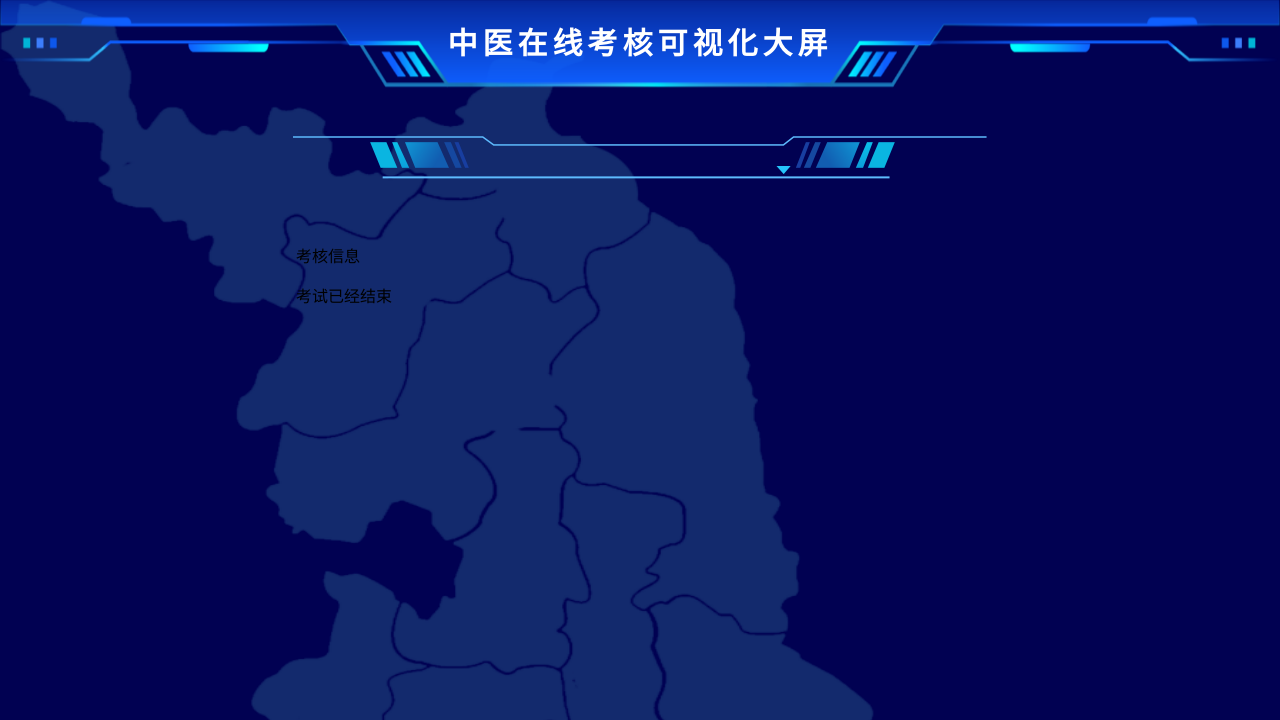
Repository: krislorem/medicine-online-datascreen-vue
Page: /
These files come from the project's save history. The page is drawn as it stood at one moment and after the next save; the edit follows.
The browser window is 1280 px wide. The pictures show the whole page.
The project was rebuilt for these pictures with package versions that can differ from the ones it lists, and the page was loaded fresh each time. Also part of the build but not shown: vite.config.ts.

Above is the page before, as saved 2024-12-04 11:47:24.
Console error (its wording comes from the project's code and is left out).

### src/main.ts
import './assets/main.css'

import { createApp } from 'vue'
import { createPinia } from 'pinia'
import ElementPlus from 'element-plus'
import 'element-plus/dist/index.css'
import App from './App.vue'
import router from './router'

const app = createApp(App)

app.use(createPinia())
app.use(router)
app.use(ElementPlus)
app.mount('#app')

### src/assets/main.css
body, html {
  width: 100%;
  height: 100%;
  overflow: hidden;
  margin: 0;
  padding: 0;
  width: 100vw;
  height: 100vh
}

#app {
  width: 100%;
  height: 100%
}

### src/App.vue
<template>
  <div>
    <RouterView></RouterView>
  </div>
</template>

<script setup lang="ts">

</script>

<style scoped>
</style>

### src/views/HomeView.vue
<template>
  <div class="home">
    <nav>
      <h1>中医在线考核可视化大屏</h1>
    </nav>
    <div id="mid-bar">
      <select id="info"></select>
    </div>
    <div id="all-info">
      <div id="left">
        <div class="item item-1">
          <p class="top-name"><span>考核信息</span></p>
          <p class="time-title"><span>考试已经结束</span></p>
          <div class="time-container">
            <div class="time-box" style="display: none;"><span class="time-num">561</span></div>
            <div class="time-box" style="display: none;"><span class="time-num">天</span></div>
            <div class="time-box" style="display: none;"><span class="time-num">11</span></div>
            <div class="time-box" style="display: none;"><span class="time-num">小时</span></div>
            <div class="time-box" style="display: none;"><span class="time-num">12</span></div>
            <div class="time-box" style="display: none;"><span class="time-num">分钟</span></div>
            <div class="time-box" style="display: none;"><span class="time-num">08</span></div>
            <div class="time-box" style="display: none;"><span class="time-num">秒</span></div>
          </div>
        </div>
      </div>
      <div id="right"></div>
    </div>
  </div>
</template>

<style scoped>
body {
  font-family: Helvetica Neue, Helvetica, PingFang SC, Hiragino Sans GB, Microsoft YaHei, "\5FAE\8F6F\96C5\9ED1", Arial, sans-serif;
  font-size: 12px;
  line-height: 1.5;
  color: #515a6e;
  background-color: #fff;
  -webkit-font-smoothing: antialiased;
  -moz-osx-font-smoothing: grayscale;
}

.home {
  background: #010152 url(/ditu.png) 50% no-repeat;
  background-size: 100% 100%;
}

.home nav {
  background-image: url(/dingbu.png);
  background-size: 100% 100%;
  background-repeat: no-repeat;
  overflow: hidden;
  display: -webkit-box;
  display: -ms-flexbox;
  display: flex;
  -webkit-box-align: center;
  -ms-flex-align: center;
  align-items: center;
}

.home nav h1 {
  font-size: 30px;
  font-family: PingFangSC-Semibold, PingFang SC;
  font-weight: 600;
  color: #fff;
  line-height: 58px;
  letter-spacing: 5px;
  margin: 15px auto;
}

.home #mid-bar {
  width: 694px;
  height: 43px;
  background: url(/nav.png) no-repeat;
  margin: 48px auto 36px;
  padding-top: 12px;
  display: -webkit-box;
  display: -ms-flexbox;
  display: flex;
  -webkit-box-pack: center;
  -ms-flex-pack: center;
  justify-content: center;
  -webkit-box-align: center;
  -ms-flex-align: center;
  align-items: center;
}

.home #mid-bar #info {
  appearance: none;
  -moz-appearance: none;
  -webkit-appearance: none;
  background: transparent url('/jiantou.png') no-repeat scroll 100%;
  width: 302px;
  height: 22px;
  font-size: 16px;
  text-align: center;
  font-family: PingFangSC-Semibold, PingFang SC;
  font-weight: 600;
  color: #26c5fb;
  line-height: 22px;
  letter-spacing: 2px;
  border: none;
}

#all-info {
  width: 100%;
  height: 796px;
  margin: 20px auto;
  display: -webkit-box;
  display: -ms-flexbox;
  display: flex;
  -ms-flex-pack: distribute;
  justify-content: space-around;
}
</style>
<script setup lang="ts">
import * as echarts from 'echarts';
import { onMounted } from 'vue'
const labelOption = {
  show: true,
  position: 'insideBottom',
  distance: 15,
  align: 'left',
  verticalAlign: 'middle',
  rotate: 90,
  formatter: '{c}  {name|{a}}',
  fontSize: 16,
  rich: {
    name: {}
  }
};
const option = {
  tooltip: {
    trigger: 'axis',
    axisPointer: {
      type: 'shadow'
    }
  },
  legend: {
    data: ['Forest', 'Steppe', 'Desert', 'Wetland']
  },
  xAxis: [
    {
      type: 'category',
      axisTick: { show: false },
      data: ['2012', '2013', '2014', '2015', '2016']
    }
  ],
  yAxis: [
    {
      type: 'value'
    }
  ],
  series: [
    {
      name: 'Forest',
      type: 'bar',
      barGap: 0,
      label: labelOption,
      emphasis: {
        focus: 'series'
      },
      data: [320, 332, 301, 334, 390]
    },
    {
      name: 'Steppe',
      type: 'bar',
      label: labelOption,
      emphasis: {
        focus: 'series'
      },
      data: [220, 182, 191, 234, 290]
    },
    {
      name: 'Desert',
      type: 'bar',
      label: labelOption,
      emphasis: {
        focus: 'series'
      },
      data: [150, 232, 201, 154, 190]
    },
    {
      name: 'Wetland',
      type: 'bar',
      label: labelOption,
      emphasis: {
        focus: 'series'
      },
      data: [98, 77, 101, 99, 40]
    }
  ]
};
onMounted(() => {
  let chartDom = document.getElementById('m');
  let myChart = echarts.init(chartDom);
  option && myChart.setOption(option);
})


</script>

Loaded but not shown: index.html (common file); src/router/index.ts (common file)

After the next save:
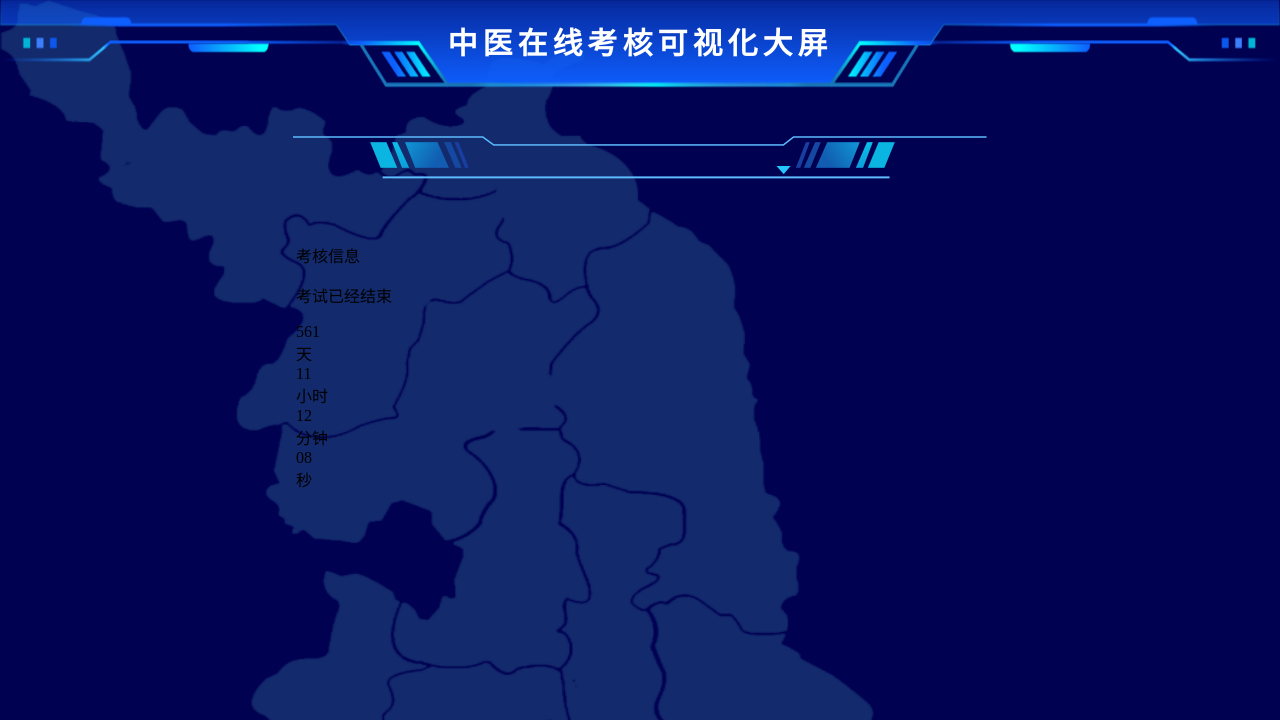
Saved 79 s later.
--- a/src/views/HomeView.vue
+++ b/src/views/HomeView.vue
@@ -12,14 +12,14 @@
           <p class="top-name"><span>考核信息</span></p>
           <p class="time-title"><span>考试已经结束</span></p>
           <div class="time-container">
-            <div class="time-box" style="display: none;"><span class="time-num">561</span></div>
-            <div class="time-box" style="display: none;"><span class="time-num">天</span></div>
-            <div class="time-box" style="display: none;"><span class="time-num">11</span></div>
-            <div class="time-box" style="display: none;"><span class="time-num">小时</span></div>
-            <div class="time-box" style="display: none;"><span class="time-num">12</span></div>
-            <div class="time-box" style="display: none;"><span class="time-num">分钟</span></div>
-            <div class="time-box" style="display: none;"><span class="time-num">08</span></div>
-            <div class="time-box" style="display: none;"><span class="time-num">秒</span></div>
+            <div class="time-box" style=";"><span class="time-num">561</span></div>
+            <div class="time-box" style=";"><span class="time-num">天</span></div>
+            <div class="time-box" style=";"><span class="time-num">11</span></div>
+            <div class="time-box" style=";"><span class="time-num">小时</span></div>
+            <div class="time-box" style=";"><span class="time-num">12</span></div>
+            <div class="time-box" style=";"><span class="time-num">分钟</span></div>
+            <div class="time-box" style=";"><span class="time-num">08</span></div>
+            <div class="time-box" style=";"><span class="time-num">秒</span></div>
           </div>
         </div>
       </div>
